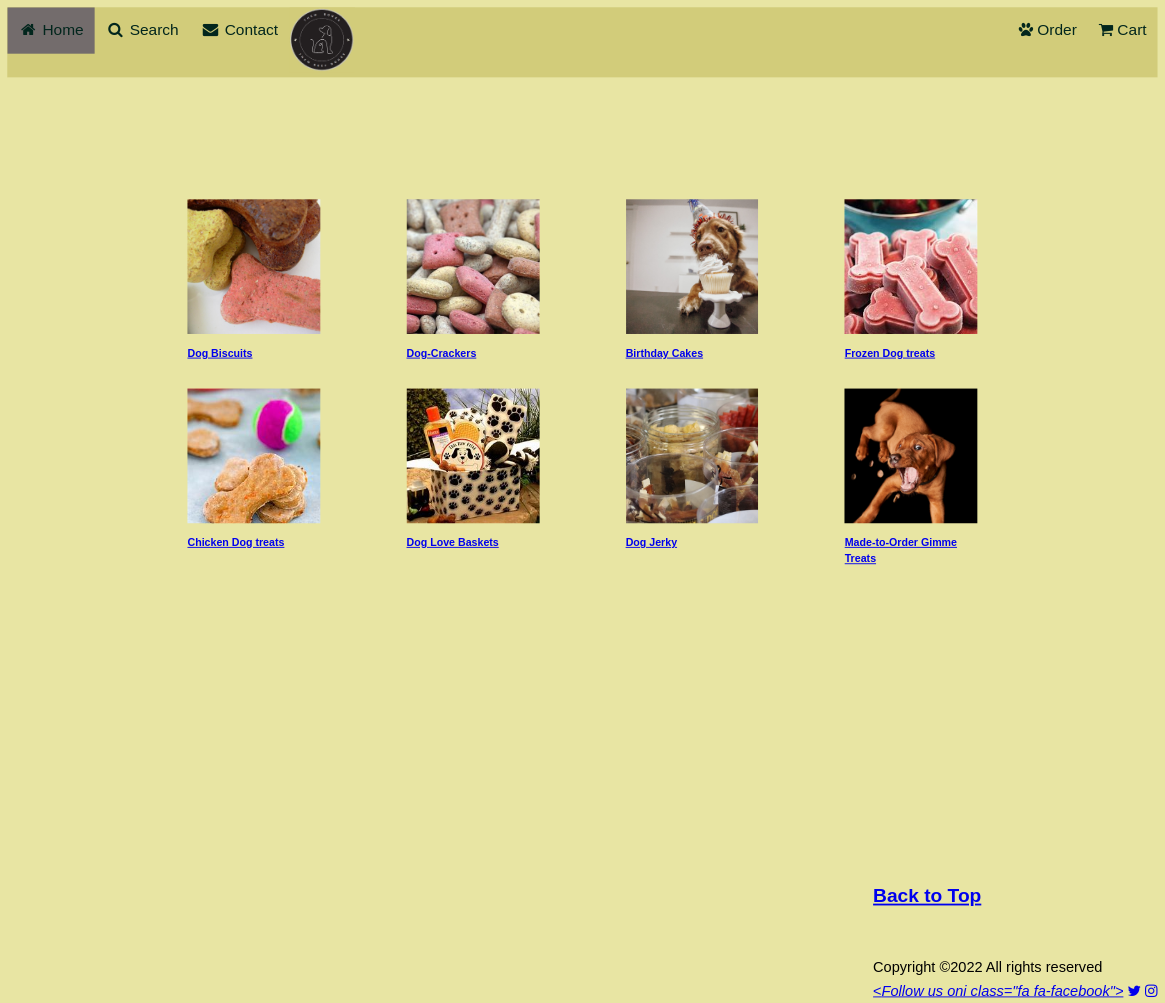
Repository: vgoins-RA2022/HTML-1
Page: index.html
The author's editor kept a copy of each file at every save. The page is drawn from the files as they stood at one save, then again after the next save.
The browser window is 1280 px wide. The pictures show the whole page, at 91% of full size.

Above is the page before, as saved 2023-01-21 19:54:26.

After the next save:
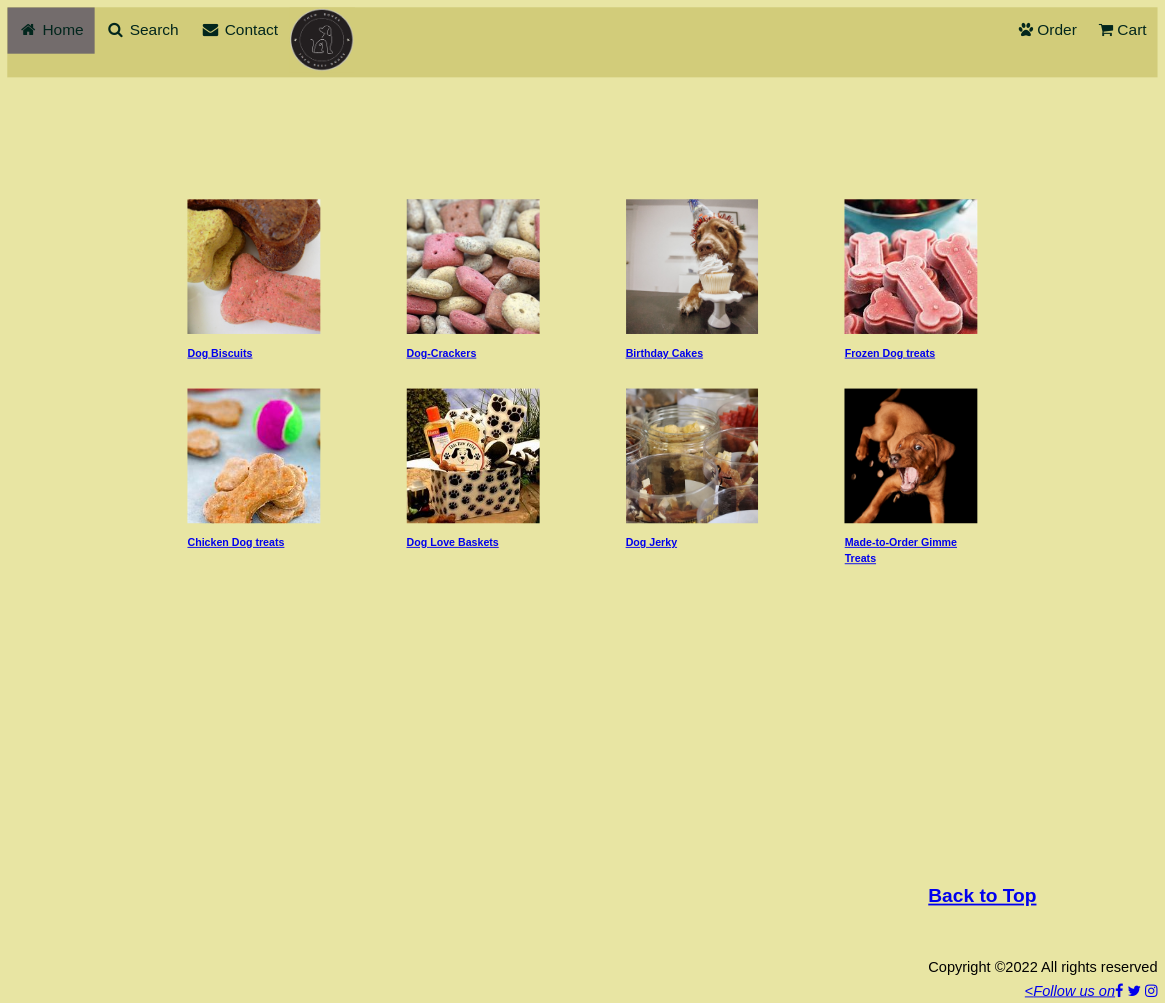
Saved 11 s later.
--- a/index.html
+++ b/index.html
@@ -95,7 +95,7 @@
       <div class="col-left">Copyright ©2022 All rights reserved</div>
       <div class="col-right">
 
-        <a href="#"><<i>Follow us oni class="fa fa-facebook"></i></a>
+        <a href="#"><<i>Follow us on<i class="fa fa-facebook"></i></a>
         <a href="#"><i class="fa fa-twitter"></i></a>
         <a href="#"><i class="fa fa-instagram"></i></a>
       </div>
